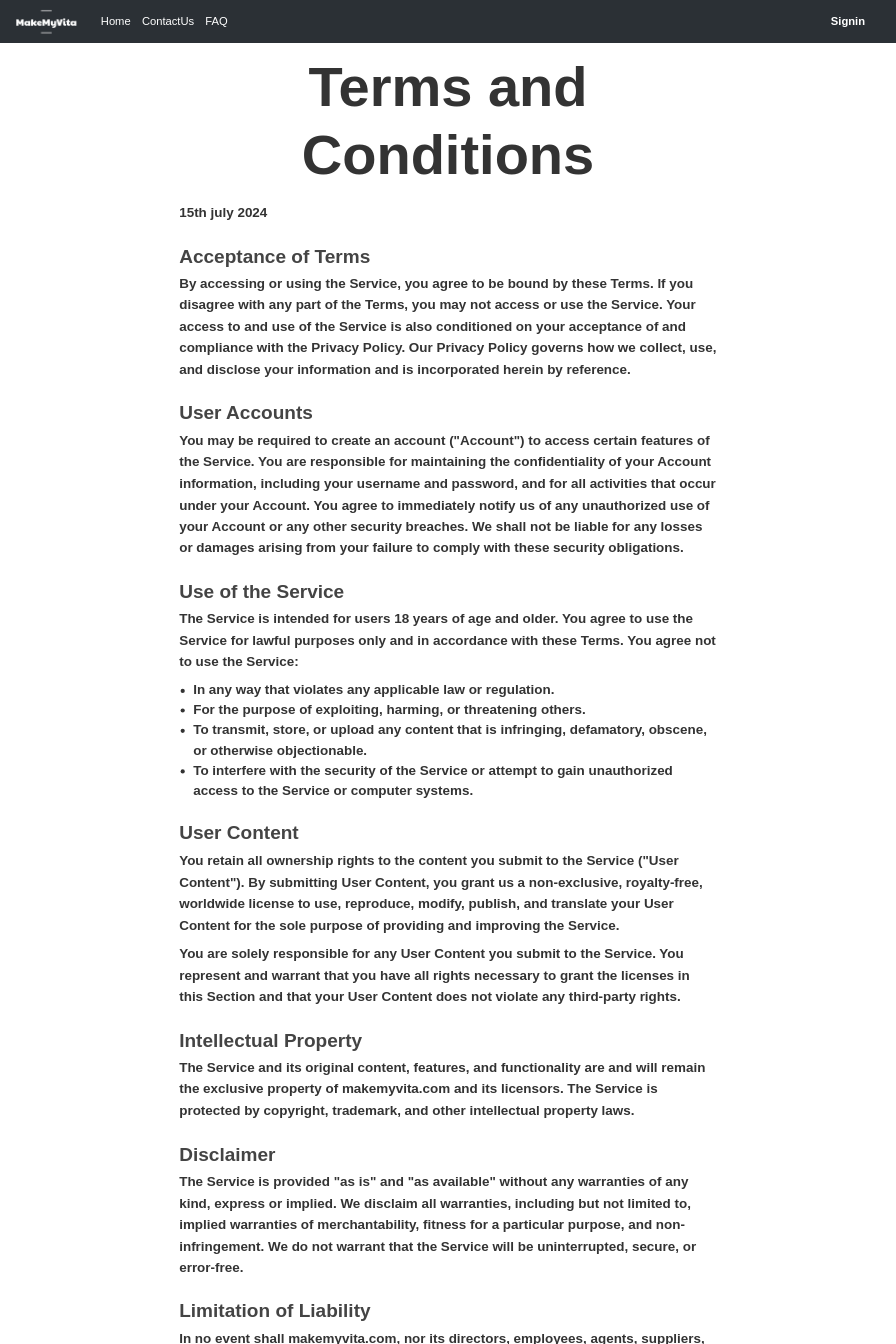
Repository: Tejaakshaykumar/MakeMyVita-Resume-Builder-Website
Page: /T&C (app in frontend/)
An editor plug-in stored every save of this project. The page is shown before and after the next save, followed by the edit.
The browser window is 1280 px wide. The pictures show the part of the page from y = 0 to 1920 px (the page is 3158 px tall before and 2976 px after), at 70% of full size.
Some web libraries are served in a nearby version. The project was rebuilt for these pictures with package versions that can differ from the ones it lists, and the page was loaded fresh each time. Also part of the build but not shown: frontend/src/App.css, frontend/src/containers/About.js, frontend/src/containers/Buildresume.js, frontend/src/containers/Images.js, frontend/src/containers/Features.js, frontend/src/containers/Review.js, frontend/src/containers/Trybox.js, frontend/src/containers/Motionbox.js and 5 more.

Above is the page before, as saved 2024-06-10 11:34:51.

After the next save:
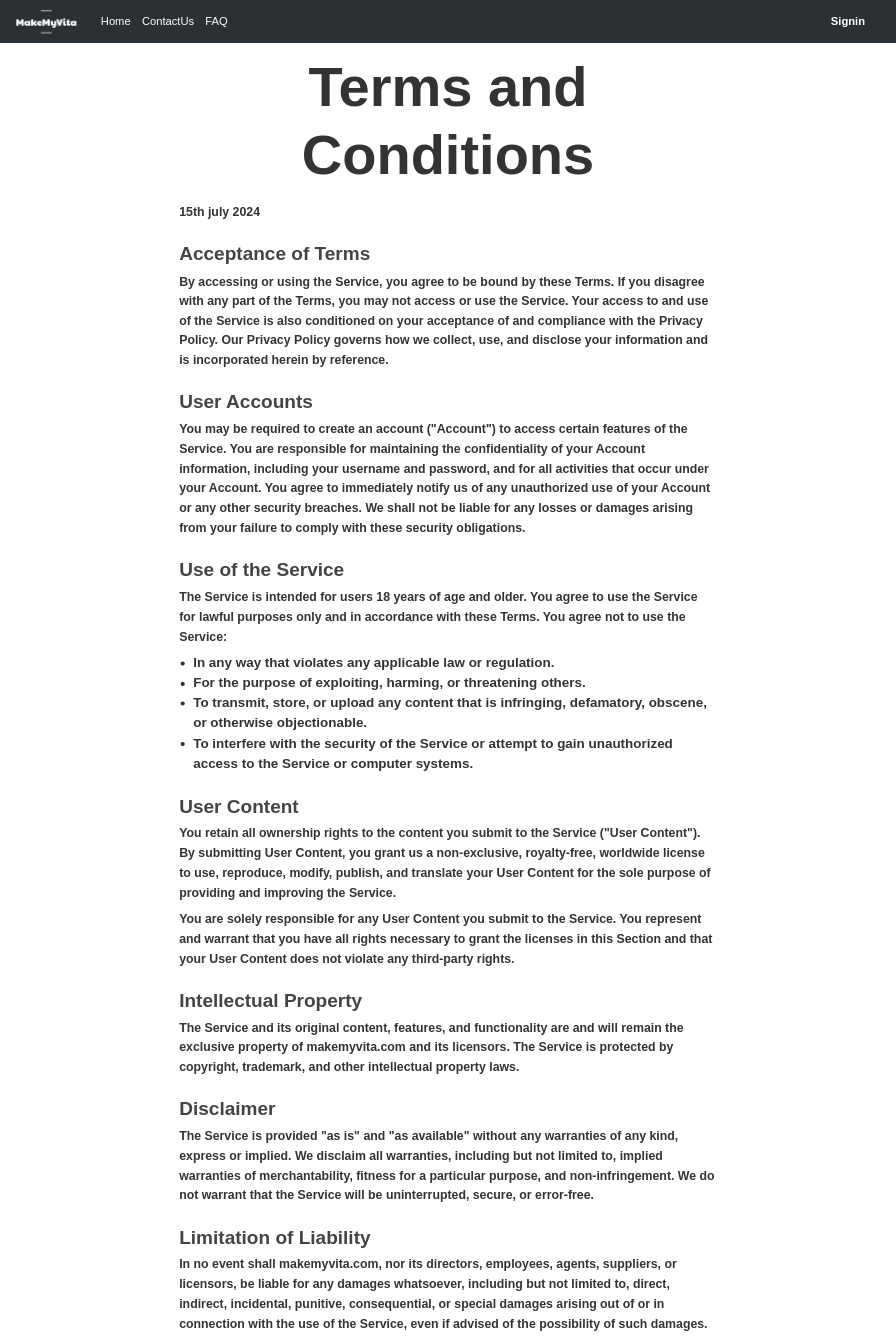
Saved 21 s later.
--- a/frontend/src/pages/pagestyles.css
+++ b/frontend/src/pages/pagestyles.css
@@ -25,7 +25,7 @@
   .tandc-container p {
     line-height: 1.6;
     font-weight: 600;
-    font-size: 1.2rem;
+    font-size: 1.1rem;
   }
 
   .tandc-container ul {
